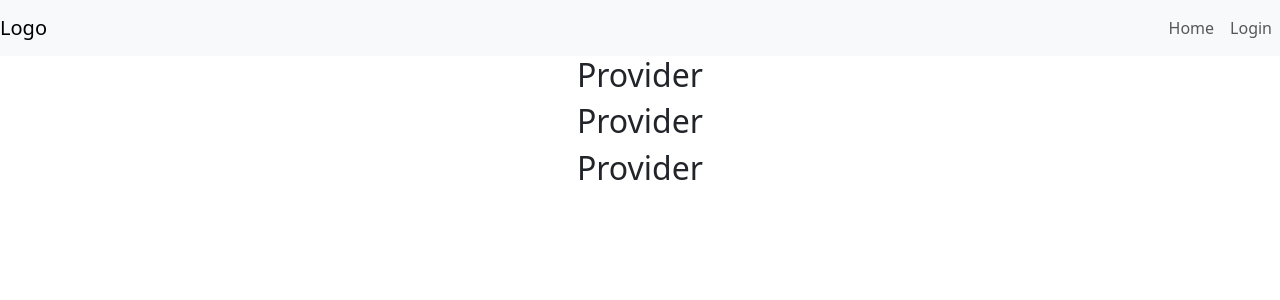
Repository: Aref19/eshop_frontEnd
Page: /
An editor plug-in stored every save of this project. The page is shown before and after a run of saves, followed by the edit.
The browser window is 1280 px wide. The pictures show the whole page.
The page's requests for data from a server got no answer. The project was rebuilt for these pictures with package versions that can differ from the ones it lists, and the page was loaded fresh each time. No one was signed in, and anything a server would have sent is missing. Also part of the build but not shown: src/component/Login.js, src/component/UserSignIn.js, src/component/ProviderSignIn.js, src/component/CardProduckt.js.

Above is the page before, as saved 2023-03-02 11:17:35.

### src/index.js
import React from 'react';
import './index.css';
import App from './App';
import reportWebVitals from './reportWebVitals';
import ReactDOM from "react-dom/client";
import { BrowserRouter } from "react-router-dom"
import { Provider } from 'react-redux';
import store from "./store.js"

import 'bootstrap/dist/js/bootstrap.min.js'
import 'bootstrap/dist/css/bootstrap.min.css'


const root = ReactDOM.createRoot(document.getElementById('root'));
root.render(
  <React.StrictMode>
    <BrowserRouter>
      <Provider store={store}>
        <App />
      </Provider>

    </BrowserRouter>

  </React.StrictMode>
);
// If you want to start measuring performance in your app, pass a function
// to log results (for example: reportWebVitals(console.log))
// or send to an analytics endpoint. Learn more: https://bit.ly/CRA-vitals
reportWebVitals();

### src/App.js
import './App.css';
import Login from './component/Login'
import UserSignIn from './component/UserSignIn'
import ProviderSign from './component/ProviderSignIn'
import ReactDOM from "react-dom/client";
import Navbar from "./component/Navbar"
import { Route, Routes } from "react-router-dom"
import Home from "./component/Home"
import {
  createBrowserRouter,
  RouterProvider,
} from "react-router-dom";



const AppLayout = () => (
  <>
    <Navbar />
  </>
);



function App() {
  return (
    <div className="App">
      <Navbar />
      <Routes>
        <Route path="/"
          element={
            <>
              <Home />

            </>
          }
        />
        <Route path="/Login"
          element={
            <>
              <Login />

            </>
          }
        />



      </Routes>
    </div>
  );
}

export default App;

### src/store.js
import { configureStore } from "@reduxjs/toolkit";
import loginSlice from "./slice/lgin-slice"

export const store =configureStore({
    reducer:{
        login : loginSlice
    }
})

export default store;

### src/component/Navbar.js
import { Link } from "react-router-dom"

function Navbar() {

    return (
        <>
            <nav className="navbar navbar-expand-lg navbar-light bg-light">
                <Link className="navbar-brand" >Logo</Link>
                <button className="navbar-toggler" type="button" data-toggle="collapse" data-target="#navbarSupportedContent" aria-controls="navbarSupportedContent" aria-expanded="false" aria-label="Toggle navigation">
                    <span className="navbar-toggler-icon"></span>
                </button>

                <div className="collapse navbar-collapse" id="navbarSupportedContent">
                    <ul className="navbar-nav ms-auto">
                        <li className="nav-item active">
                            <Link className="nav-link" to="/">Home </Link>
                        </li>
                        <li className="nav-item">
                            <Link className="nav-link" to="/Login">Login </Link>
                        </li>

                    </ul>
                </div>
            </nav>
        </>
    )
}

export default Navbar;

### src/component/Home.js
import { useEffect, useState } from "react";
import CardProduckt from "./CardProduckt"


function Home(props) {
  if (false) {
    return (
    HomeUser()
    )
  } else {
    return (
      HomeProvider()
    )
  }
}

const HomeUser = () => {

  const [produckts, setProduckts] = useState([]);
  const apiUrl = "http://localhost:8182/endUser/getAllItem";

  const getProduckts = () => {
    fetch(apiUrl).then((data) => data.json()).then((data) => setProduckts(data))
  }


  useEffect(() => {
    getProduckts();
  }, [])

  const search = (value) => {
    const filterdProduckt = produckts.filter((p) => p.title.includes(value));
    console.log(filterdProduckt);
    setProduckts(filterdProduckt);
    if (value == "") {
      getProduckts();
    }
  }
  return (
    <>

      <h2 className="text-center p-3">Our Produckts</h2>
      <div className="container">


        <input type={"text"} className="mb-2" placeholder="search" onChange={(e) => {
          search(e.target.value);
        }
        } />

      </div>
      <div className="container">
        <div className="row">
          {
            produckts.map((p) => {
              return (
                <div className="col-3" key={p.id}>
                  <CardProduckt data={p} />
                </div>
              )
            })

          }
        </div>

      </div>

    </>
  )
}

function HomeProvider() {
  return (

    <>
      <div>
        <h2>Provider</h2>
        <h2>Provider</h2>

        <h2>Provider</h2>

      </div>

    </>

  )

}

export default Home;

### src/slice/lgin-slice.js

import axios from 'axios';
import { createAsyncThunk, createSlice } from "@reduxjs/toolkit";

export const loginSliceF = createAsyncThunk("loginSlice/login", async (data) => {
    const apiUrl = "http://localhost:8182/auth/token";
    const params = new URLSearchParams();
    params.append('client_id', 'eshop_backend');
    params.append('client_secret', 'C4MHtNVAt2cd3upSOjJ6fen4xVUCrUwP');
    params.append('grant_type', 'password');
    const { email, password } = data;
    params.append('username', email);
    params.append('password', password);

    const res = await axios.post(apiUrl, params).then((data) => { return data });
    return res.data;



})

const loginSlice = createSlice({
    initialState: {},
    name: "loginSlice",
    reducers: {},
    extraReducers: (builder) => {
        builder.addCase(
            loginSliceF.fulfilled
            , (state, action) => {
                console.log(action.payload);
                return action.payload;   //initialState take info
            })
    }
})

export const { } = loginSlice.actions;

export default loginSlice.reducer;

### src/css/Login.css
body{
    margin: 0;
    padding: 0;
    font-family: montserrat ;
    background-color: lightseagreen;
    height: 100vh;
    overflow: hidden;

}

.center
{
    position: absolute;
    top: 50%;
    left: 50%;
    transform: translate(-50%,-50%);
    width: 400px;
    background-color: white;
    border-radius: 10px;


}

.center h1{
    text-align: center;
    padding: 0 0 20px 0;
    border-bottom: 1px solid silver;
}

.center form{
    padding: 0 40px;
    box-sizing: border-box;
}

form .txt_field{
    position: relative;
    border-bottom: 2px solid #adadad;
    margin: 30px;
}

.txt_field input{
    width: 100%;
    padding: 0 5px;
    height: 40px;
    font-size: 16px ;
    border: none;
    background: none;
    outline: none;
}

.txt_field label{
    position: absolute;
    top: 50%;
    left: 5px;
    color: #adadad;
    transform: translateY(-50%);
    font-size: 16px;
    pointer-events: none;

}

.txt_field span::before{
    content: '';
    position: absolute;
    top: 40px;
    left: 0;
    width: 0%;
    height: 2px;
    background: #2691d9;
    transition: .5s;
}

.txt_field input:focus ~ label,
.txt_field input:valid ~ label{
    top: -5px;
    color: #2691d9;
}

.txt_field input:focus ~ span,
.txt_field input:valid ~ span{
    width: 100%;
}

input[type="submit"]{
    width: 100%;
    height: 50px;
    border: 1px solid;
    border-radius: 25px;
    font-size: 18px;
    font-weight: 700;
    cursor: pointer;
    outline: none;
    margin-bottom: 10px;


}
input[type="submit"]:hover{
    border-color: #2691d9;
    transition: .5s;
}

.provider{
 text-align: left;
 padding-bottom: 10px;
}

Loaded but not shown: public/index.html (common file); src/index.css (common file); src/reportWebVitals.js (common file); src/App.css (common file)

After the next 8 saves:
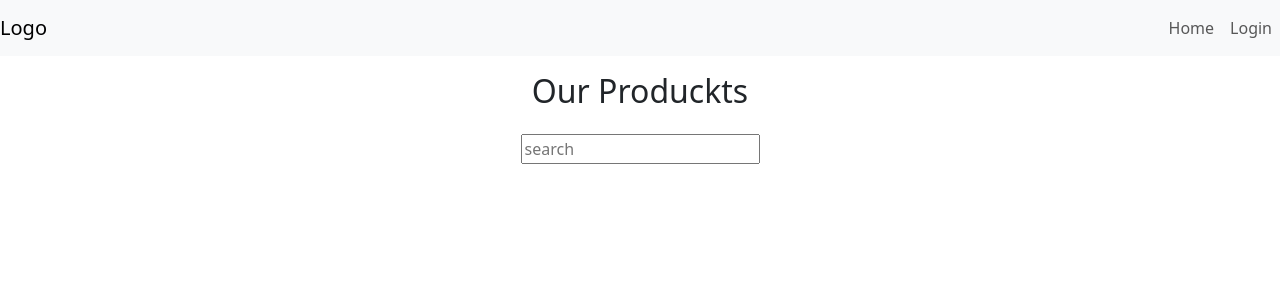
The 8 saves are shown as one change because 1 did not build or start and some came seconds apart.
The last was saved 3 min 16 s later.
--- a/src/component/Home.js
+++ b/src/component/Home.js
@@ -3,15 +3,9 @@ import CardProduckt from "./CardProduckt"
 
 
 function Home(props) {
-  if (false) {
-    return (
+  return (
     HomeUser()
-    )
-  } else {
-    return (
-      HomeProvider()
-    )
-  }
+  )
 }
 
 const HomeUser = () => {
@@ -69,22 +63,6 @@ const HomeUser = () => {
   )
 }
 
-function HomeProvider() {
-  return (
 
-    <>
-      <div>
-        <h2>Provider</h2>
-        <h2>Provider</h2>
-
-        <h2>Provider</h2>
-
-      </div>
-
-    </>
-
-  )
-
-}
 
 export default Home;
